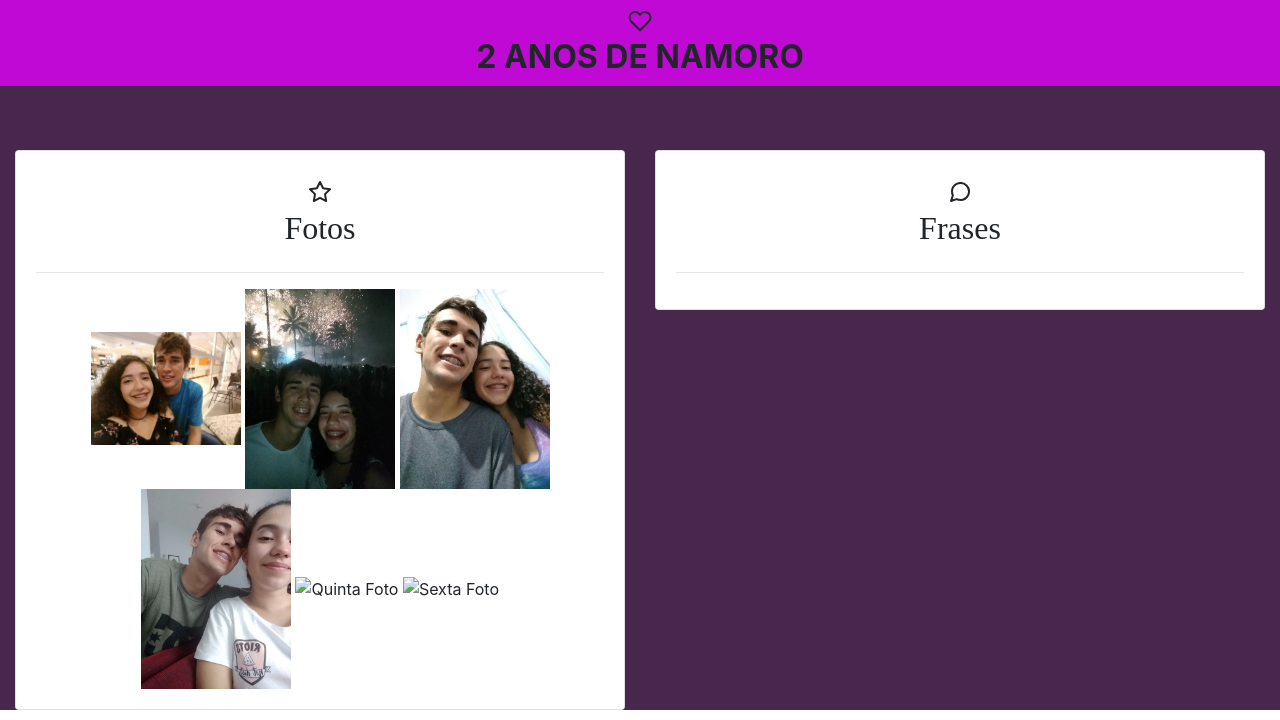
Repository: MeuAmor/meuamor.github.io
Page: index.html
An editor plug-in stored every save of this project. The page is shown before and after the next save, followed by the edit.
The browser window is 1280 px wide. The pictures show the whole page.

Above is the page before, as saved 2019-08-20 22:54:59.
Not found: imagens/quinta_foto.jpg
Not found: imagens/sexta_foto.jpg

### index.html
<!DOCTYPE html>
<html lang="pt">
<head>
  <title>2 ANOS</title>
  <meta charset="utf-8">
  <meta name="viewport" content="width=device-width, initial-scale=1">
  <link rel="stylesheet" href="assets/css/bootstrap4.1/bootstrap.min.css">
  <script src="assets/js/jquery.3.3.1.min.js"></script>
  <script src="assets/js/bootstrap4.1/popper.min.js"></script>
	<script src="assets/js/bootstrap4.1/bootstrap.min.js"></script>
	<!-- <style>
			hr {
				margin-top: 1rem;
				margin-bottom: 1rem;
				border: 5;
				border-top: 1px solid rgba(0, 0, 0, 0.1);
			}
		</style> -->
</head>
<body class="container-fluid">


	<div class="row" style="background:#c109d6">
		<div class="col-md-12 text-left">
			<h2>
                <!-- <svg xmlns="http://www.w3.org/2000/svg" width="24" height="24" viewBox="0 0 24 24" fill="none" stroke="currentColor"
                        stroke-width="2" stroke-linecap="round" stroke-linejoin="round" class="feather feather-heart">
                    <path d="M20.84 4.61a5.5 5.5 0 0 0-7.78 0L12 5.67l-1.06-1.06a5.5 5.5 0 0 0-7.78 7.78l1.06 1.06L12 21.23l7.78-7.78 1.06-1.06a5.5 5.5 0 0 0 0-7.78z"/>
                </svg> -->
                <div class="text-center">

                    <svg xmlns="http://www.w3.org/2000/svg" width="24" height="24" viewBox="0 0 24 24" fill="none" stroke="currentColor"
                            stroke-width="2" stroke-linecap="round" stroke-linejoin="round" class="feather feather-heart">
                        <path d="M20.84 4.61a5.5 5.5 0 0 0-7.78 0L12 5.67l-1.06-1.06a5.5 5.5 0 0 0-7.78 7.78l1.06 1.06L12 21.23l7.78-7.78 1.06-1.06a5.5 5.5 0 0 0 0-7.78z"/>
                    </svg>
                </div>
                <div class="text-center" >

                    <b>2 ANOS DE NAMORO </b>
                </div>
            </h2>
		</div>
		<div class="col-md-6 " id="redes_sociais">
			<!-- <a style="margin:10px;" class="btn btn-info btn-xs float-right" href="http://www.linkedin.com/in/leonardo-bernardes-da-silva-a8869b132">
				<svg xmlns="http://www.w3.org/2000/svg" width="24" height="24" viewBox="0 0 24 24" fill="none" stroke="currentColor" stroke-width="2" stroke-linecap="round" stroke-linejoin="round" class="feather feather-linkedin">
					<path d="M16 8a6 6 0 0 1 6 6v7h-4v-7a2 2 0 0 0-2-2 2 2 0 0 0-2 2v7h-4v-7a6 6 0 0 1 6-6z"></path><rect x="2" y="9" width="4" height="12"></rect>
					<circle cx="4" cy="4" r="2"></circle></svg>	LinkedIn</a>
				<a style="margin:10px;" class="btn btn-primary btn-xs float-right" href="http://www.facebook.com/lezinho.bernardes">
					<svg xmlns="http://www.w3.org/2000/svg" width="24" height="24" viewBox="0 0 24 24" fill="none" stroke="currentColor" stroke-width="2" stroke-linecap="round" stroke-linejoin="round" class="feather feather-facebook">
						<path d="M18 2h-3a5 5 0 0 0-5 5v3H7v4h3v8h4v-8h3l1-4h-4V7a1 1 0 0 1 1-1h3z"></path>
					</svg>
					LinkedIn
				</a>  -->
		</div>


</div>
<div class="row" style="background:#48274c;min-height: 500px;">

	<!-- <hr> -->
	<!-- <p style="margin: 10px;">
		<a class="btn btn-dark" data-toggle="collapse" href="#multiCollapseExample1" role="button" aria-expanded="false" aria-controls="multiCollapseExample1">Toggle first element</a>
		<button class="btn btn-dark" type="button" data-toggle="collapse" data-target="#multiCollapseExample2" aria-expanded="false" aria-controls="multiCollapseExample2">Toggle second element</button>
		<button class="btn btn-dark" type="button" data-toggle="collapse" data-target=".multi-collapse" aria-expanded="false" aria-controls="multiCollapseExample1 multiCollapseExample2">Toggle both elements</button> -->
	<!-- </p> -->


	<div class="col-md-6" style="margin-top: 5%;">
		<div class="card card-body">
            <h2>
                <div class="text-center">

                    <svg xmlns="http://www.w3.org/2000/svg" width="24" height="24" viewBox="0 0 24 24"
                        fill="none" stroke="currentColor" stroke-width="2" stroke-linecap="round" stroke-linejoin="round"
                        class="feather feather-star">
                        <polygon points="12 2 15.09 8.26 22 9.27 17 14.14 18.18 21.02 12 17.77 5.82 21.02 7 14.14 2 9.27 8.91 8.26 12 2"/>
                    </svg>
                </div>
                <div class="text-center" style="font-family: 'Times New Roman', Times, serif">

                    Fotos
                </div>
            </h2>
            <hr>
            <div>

                <!-- <svg xmlns="http://www.w3.org/2000/svg" width="24" height="24" viewBox="0 0 24 24">
                    <path d="M8.59 16.59L13.17 12 8.59 7.41 10 6l6 6-6 6-1.41-1.41z"/>
                    <path fill="none" d="M0 0h24v24H0V0z"/>
                </svg>
                Primeira foto juntos<br> -->
                <div class="text-center">
                    <img src="imagens/primeira_foto.jpg" alt="Primeira Foto" width="150px;">
                    <img src="imagens/segunda_foto.jpg" alt="Segunda Foto" width="150px;">
                    <img src="imagens/terceira_foto.jpg" alt="Terceira Foto" width="150px;">
                    <img src="imagens/quarta_foto.jpg" alt="Quarta Foto" width="150px;">
                    <img src="imagens/quinta_foto.jpg" alt="Quinta Foto" width="150px;">
                    <img src="imagens/sexta_foto.jpg" alt="Sexta Foto" width="150px;">
                </div>
                <!-- <br>
                <svg xmlns="http://www.w3.org/2000/svg" width="24" height="24" viewBox="0 0 24 24">
                    <path d="M8.59 16.59L13.17 12 8.59 7.41 10 6l6 6-6 6-1.41-1.41z"/>
                    <path fill="none" d="M0 0h24v24H0V0z"/>
                </svg>
                1º Dia dos Namorados<br>
                <div class="text-center">


                </div>
                <br>


                <svg xmlns="http://www.w3.org/2000/svg" width="24" height="24" viewBox="0 0 24 24">
                    <path d="M8.59 16.59L13.17 12 8.59 7.41 10 6l6 6-6 6-1.41-1.41z"/>
                    <path fill="none" d="M0 0h24v24H0V0z"/>
                </svg> 2º Dia dos Namorados -->

            </div>
		</div>
	</div>
	<div class="col-md-6" style="margin-top: 5%;">
		<div class="card card-body">
            <h2 style="text-align:center;">
                <div class="text-center">

                    <svg xmlns="http://www.w3.org/2000/svg" width="24" height="24" viewBox="0 0 24 24" fill="none" stroke="currentColor" stroke-width="2" stroke-linecap="round" stroke-linejoin="round" class="feather feather-message-circle">
                    <path d="M21 11.5a8.38 8.38 0 0 1-.9 3.8 8.5 8.5 0 0 1-7.6 4.7 8.38 8.38 0 0 1-3.8-.9L3 21l1.9-5.7a8.38 8.38 0 0 1-.9-3.8 8.5 8.5 0 0 1 4.7-7.6 8.38 8.38 0 0 1 3.8-.9h.5a8.48 8.48 0 0 1 8 8v.5z"/></svg>
                </div>
                <div class="text-center" style="font-family: 'Times New Roman', Times, serif">
                    Frases
                </div>
            </h2>
			<hr>
            <div class="row">


            </div>
        </div>

	</div>

</div>
</body>
</html>

Loaded but not shown: assets/css/bootstrap4.1/bootstrap.min.css (library); assets/js/jquery.3.3.1.min.js (library); assets/js/bootstrap4.1/popper.min.js (library); assets/js/bootstrap4.1/bootstrap.min.js (library)

After the next save:
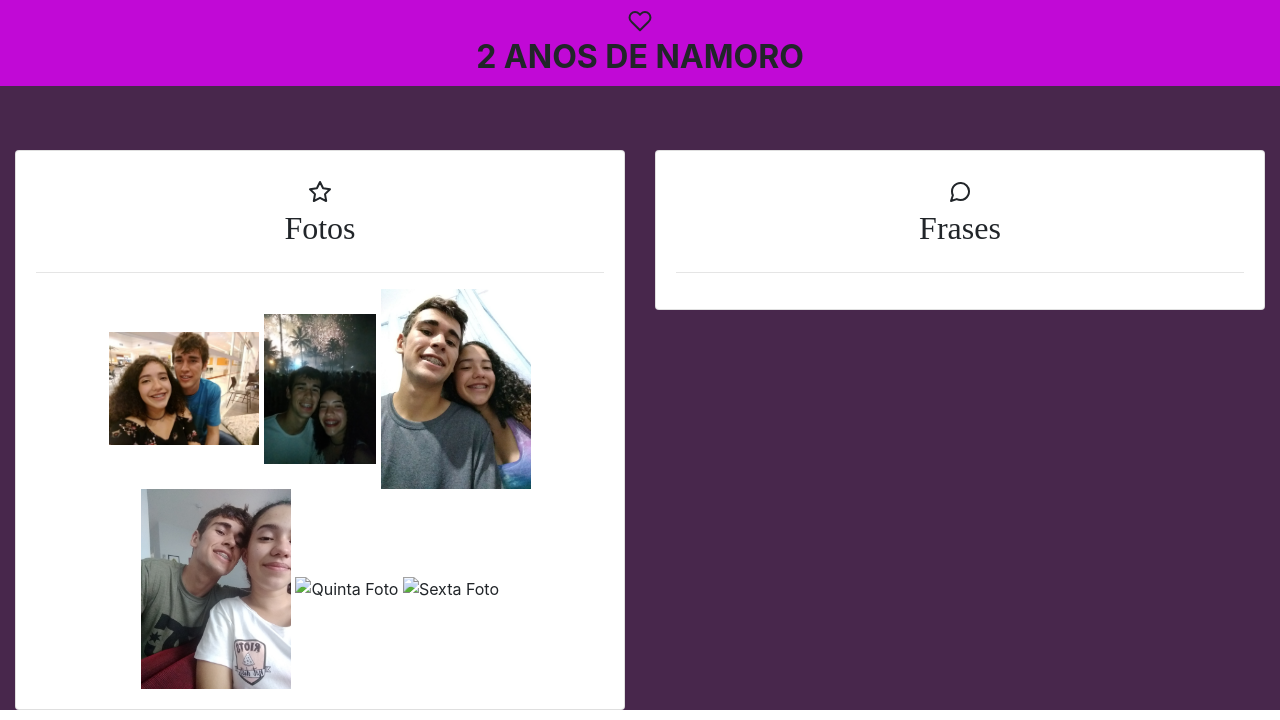
Saved 2 min 29 s later.
--- a/index.html
+++ b/index.html
@@ -91,7 +91,7 @@
                 Primeira foto juntos<br> -->
                 <div class="text-center">
                     <img src="imagens/primeira_foto.jpg" alt="Primeira Foto" width="150px;">
-                    <img src="imagens/segunda_foto.jpg" alt="Segunda Foto" width="150px;">
+                    <img src="imagens/segunda_foto.jpg" alt="Segunda Foto" height="150px;">
                     <img src="imagens/terceira_foto.jpg" alt="Terceira Foto" width="150px;">
                     <img src="imagens/quarta_foto.jpg" alt="Quarta Foto" width="150px;">
                     <img src="imagens/quinta_foto.jpg" alt="Quinta Foto" width="150px;">
